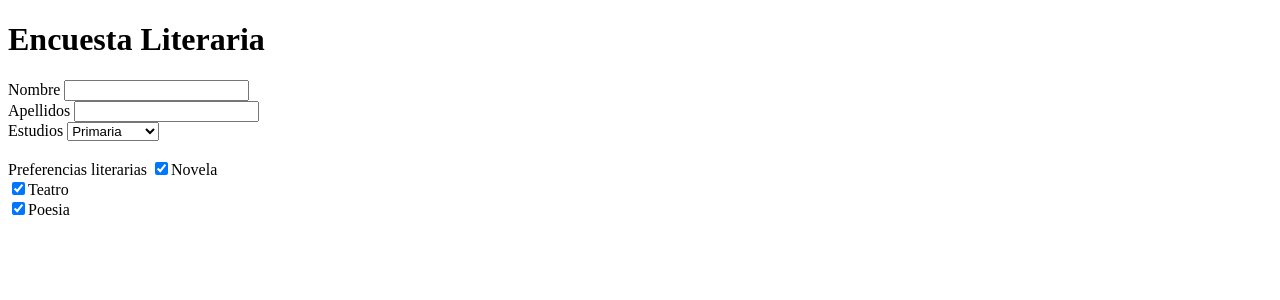
Repository: cgg25/javaee
Page: Enucesta/WebContent/index.html
An editor plug-in stored every save of this project. The page is shown before and after the next save, followed by the edit.
The browser window is 1280 px wide. The pictures show the whole page.

Above is the page before, as saved 2017-02-16 17:50:21.

After the next save:
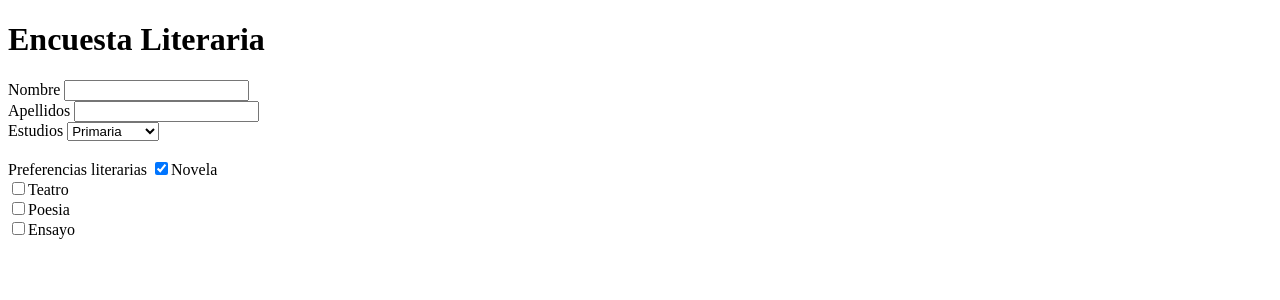
Saved 39 s later.
--- a/Enucesta/WebContent/index.html
+++ b/Enucesta/WebContent/index.html
@@ -20,8 +20,9 @@
 		<br><br>
 		<label>Preferencias literarias</label>
 		<input type="checkbox" name="preferencias" value="Novela" checked>Novela<br>
-		<input type="checkbox" name="preferencias" value="Teatro" checked>Teatro<br>
-		<input type="checkbox" name="preferencias" value="Poesia" checked>Poesia<br>
+		<input type="checkbox" name="preferencias" value="Teatro">Teatro<br>
+		<input type="checkbox" name="preferencias" value="Poesia">Poesia<br>
+		<input type="checkbox" name="preferencias" value="Ensayo">Ensayo<br>
 
 
 	</form>
